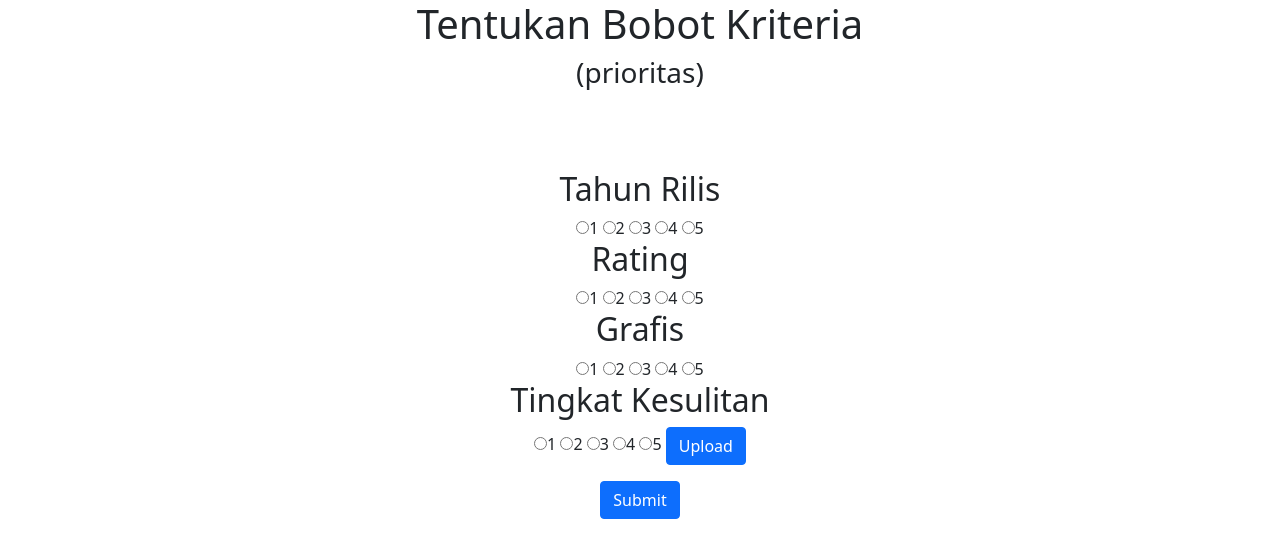
Repository: aqordeon/SPKWP
Page: http://localhost/hitungKriteria.php
These files come from the project's save history. The page is drawn as it stood at one moment and after the next save; the edit follows.
The browser window is 1280 px wide. The pictures show the whole page.
The page is run by PHP 8.4 with error messages shown; the project is at /var/www/html/. Queries for data that is not in the repository find no rows.

Above is the page before, as saved 2021-01-01 23:57:42.

After the next save:
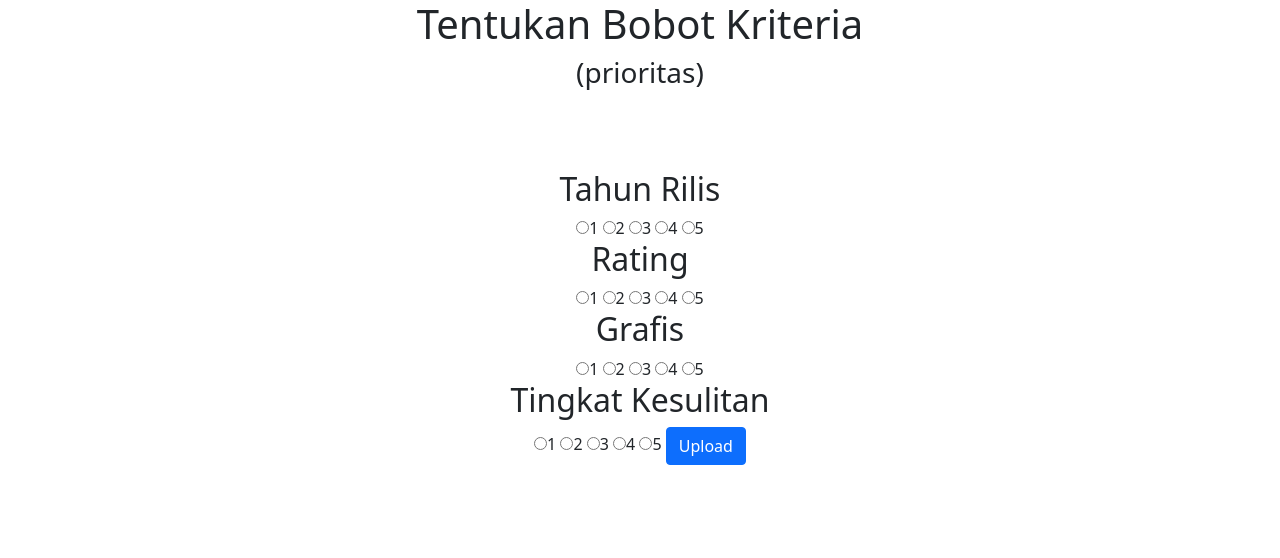
Saved 57 s later.
--- a/hitungKriteria.php
+++ b/hitungKriteria.php
@@ -62,7 +62,7 @@
                 </form>
             </div>
 
-            <a href="hitung_vektor.php" class="btn btn-primary" name='kriteria_submit'>Submit</a>   <!-- mengarah ke hitung_vektor.php -->
+            <!-- <a href="hitung_vektor.php" class="btn btn-primary" name='kriteria_submit'>Submit</a>   mengarah ke hitung_vektor.php -->
 
     </center>
 
